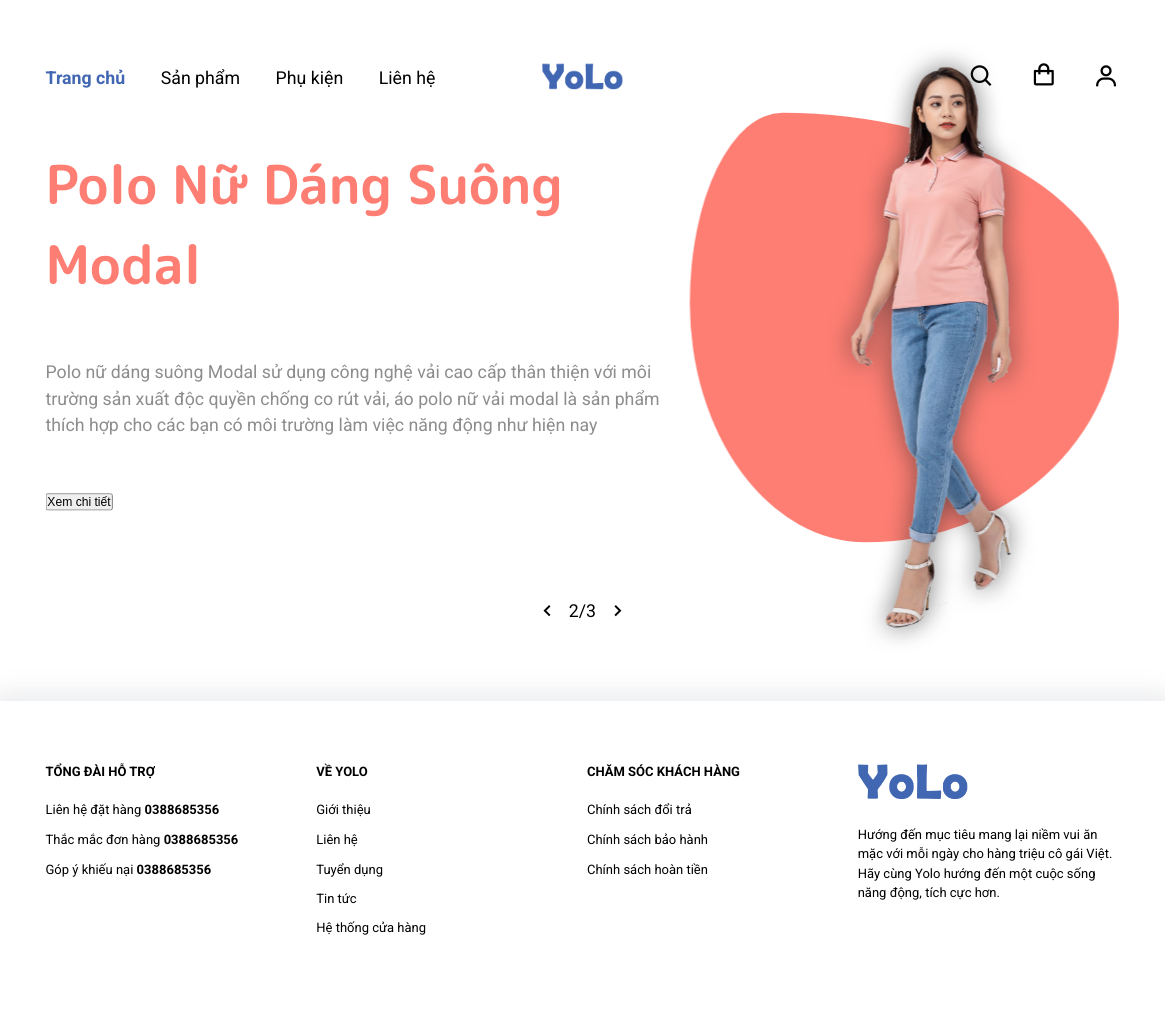
Repository: NguyenThanhBinh1210/Binh-React
Page: / (app in yoloshop/)
The author's editor kept a copy of each file at every save. The page is drawn from the files as they stood at one save, then again after a run of saves.
The browser window is 1280 px wide. The pictures show the whole page, at 91% of full size.
The project was rebuilt for these pictures with package versions that can differ from the ones it lists, and the page was loaded fresh each time. A package was used in the major version that the imports need, not the one package.json lists. Also part of the build but not shown: yoloshop/src/pages/Product.jsx, yoloshop/src/pages/Catalog.jsx, yoloshop/src/pages/Cart.jsx, yoloshop/src/pages/Accessory.jsx, yoloshop/src/pages/Contact.jsx.

Above is the page before, as saved 2021-11-25 16:12:41.

After the next 2 saves:
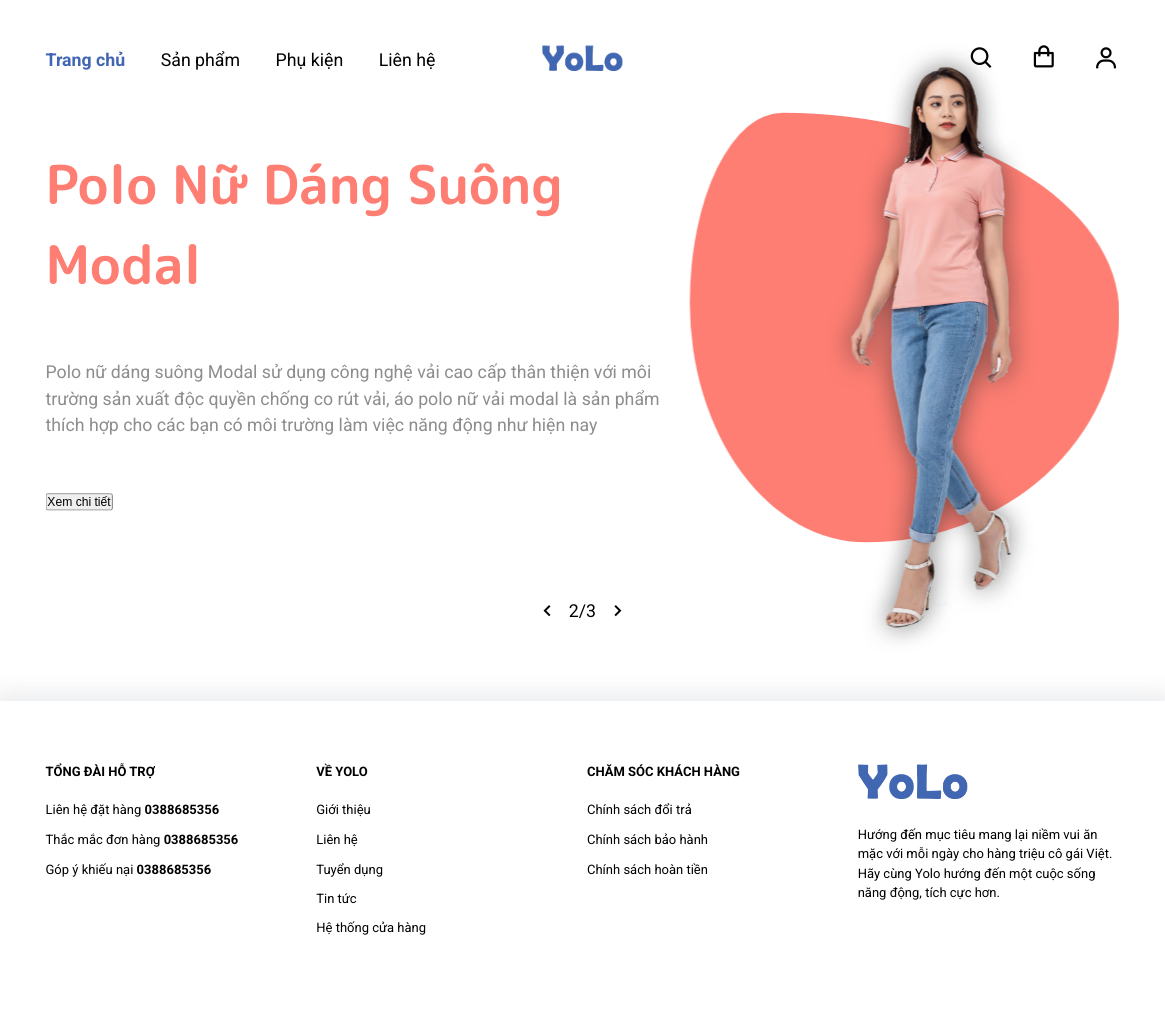
The 2 saves are shown as one change because they came seconds apart.
The last was saved 35 s later.
--- a/yoloshop/src/sass/_variables.scss
+++ b/yoloshop/src/sass/_variables.scss
@@ -8,7 +8,7 @@ $txt-white: #fff;
 $btn-main-bg: $main-color;
 $btn-main-color: #fff;
 
-$header-height: 170px;
+$header-height: 130px;
 $header-tablet-height: 70px;
 $header-mobile-height: 40px;
 $header-shrink-height: 70px;
